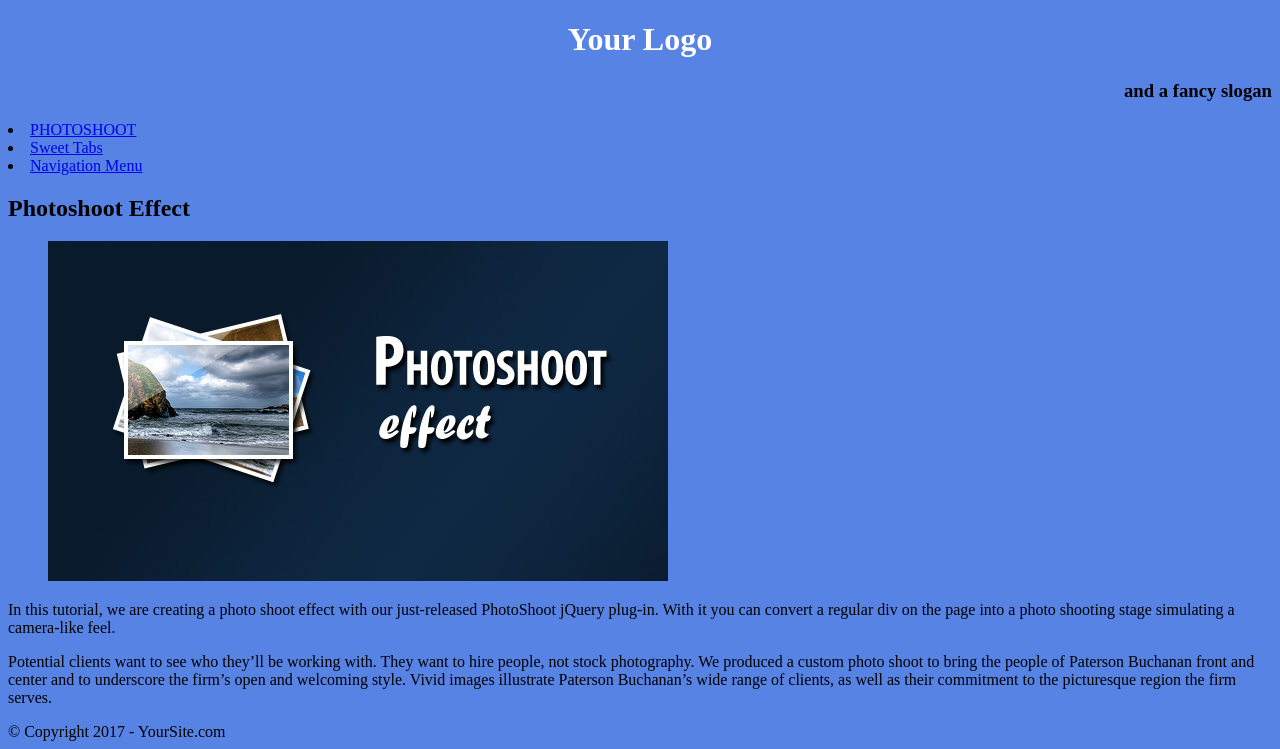
Repository: Helianthusss/Learn-CPP
Page: HTML/Lab-03/Lab-3-Resources/Ex01_PhotoShootEffect/photo-shoot-effect.html
These files come from the project's save history. The page is drawn as it stood at one moment and after the next save; the edit follows.
The browser window is 1280 px wide. The pictures show the whole page.

Above is the page before, as saved 2021-10-13 07:55:27.

### HTML/Lab-03/Lab-3-Resources/Ex01_PhotoShootEffect/photo-shoot-effect.html
<!DOCTYPE html>
<html lang="en">
  <head>
    <meta charset="UTF-8" />
    <title>Photo Shoot Effect</title>
    <link rel="stylesheet" type="text/css" href="photo-shoot-effect.css" />
  </head>
  <body>
    <header>
      <h1>Your Logo</h1>
      <h3>and a fancy slogan</h3>
      <nav>
        <li><a href="#">PHOTOSHOOT</a></li>
        <li><a href="#" title="sweet tabs">Sweet Tabs</a></li>
        <li><a href="#">Navigation Menu</a></li>
      </nav>
    </header>

    <main>
      <article>
        <h2>Photoshoot Effect</h2>
        <div class="article-content">
          <figure>
            <img src="images/photo.jpg" />
          </figure>
          <p>
            In this tutorial, we are creating a photo shoot effect with our
            just-released PhotoShoot jQuery plug-in. With it you can convert a
            regular div on the page into a photo shooting stage simulating a
            camera-like feel.
          </p>
          <p>
            Potential clients want to see who they’ll be working with. They want
            to hire people, not stock photography. We produced a custom photo
            shoot to bring the people of Paterson Buchanan front and center and
            to underscore the firm’s open and welcoming style. Vivid images
            illustrate Paterson Buchanan’s wide range of clients, as well as
            their commitment to the picturesque region the firm serves.
          </p>
        </div>
      </article>
    </main>

    <footer>&copy; Copyright 2017 - YourSite.com</footer>
  </body>
</html>

### HTML/Lab-03/Lab-3-Resources/Ex01_PhotoShootEffect/photo-shoot-effect.css
body {
  background-color: rgb(86, 131, 228);
}
h1 {
  text-align: center;
  color: white;
}
h3 {
  text-align: right;
}
nav {
  overflow: hidden;
}

After the next save:
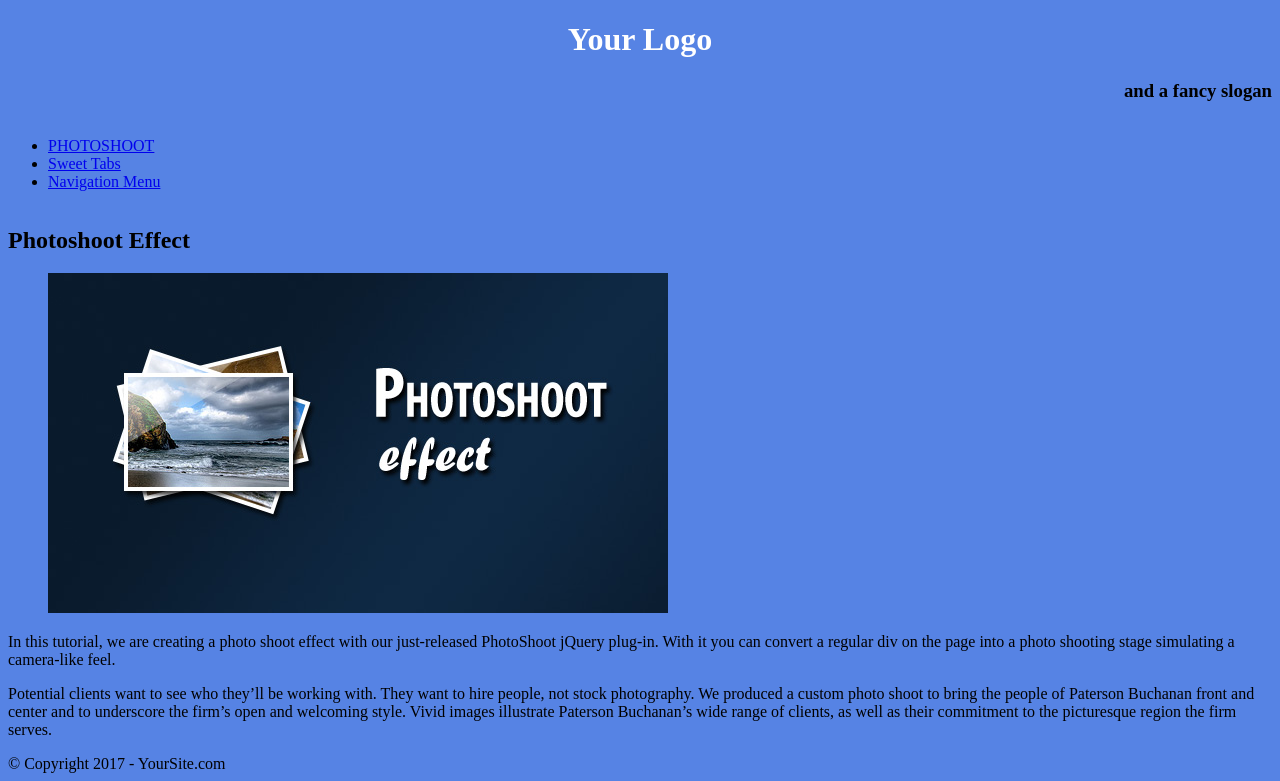
Saved 21 s later.
--- a/HTML/Lab-03/Lab-3-Resources/Ex01_PhotoShootEffect/photo-shoot-effect.html
+++ b/HTML/Lab-03/Lab-3-Resources/Ex01_PhotoShootEffect/photo-shoot-effect.html
@@ -10,9 +10,11 @@
       <h1>Your Logo</h1>
       <h3>and a fancy slogan</h3>
       <nav>
-        <li><a href="#">PHOTOSHOOT</a></li>
-        <li><a href="#" title="sweet tabs">Sweet Tabs</a></li>
-        <li><a href="#">Navigation Menu</a></li>
+        <ul>
+          <li><a href="#">PHOTOSHOOT</a></li>
+          <li><a href="#" title="sweet tabs">Sweet Tabs</a></li>
+          <li><a href="#">Navigation Menu</a></li>
+        </ul>
       </nav>
     </header>
 
